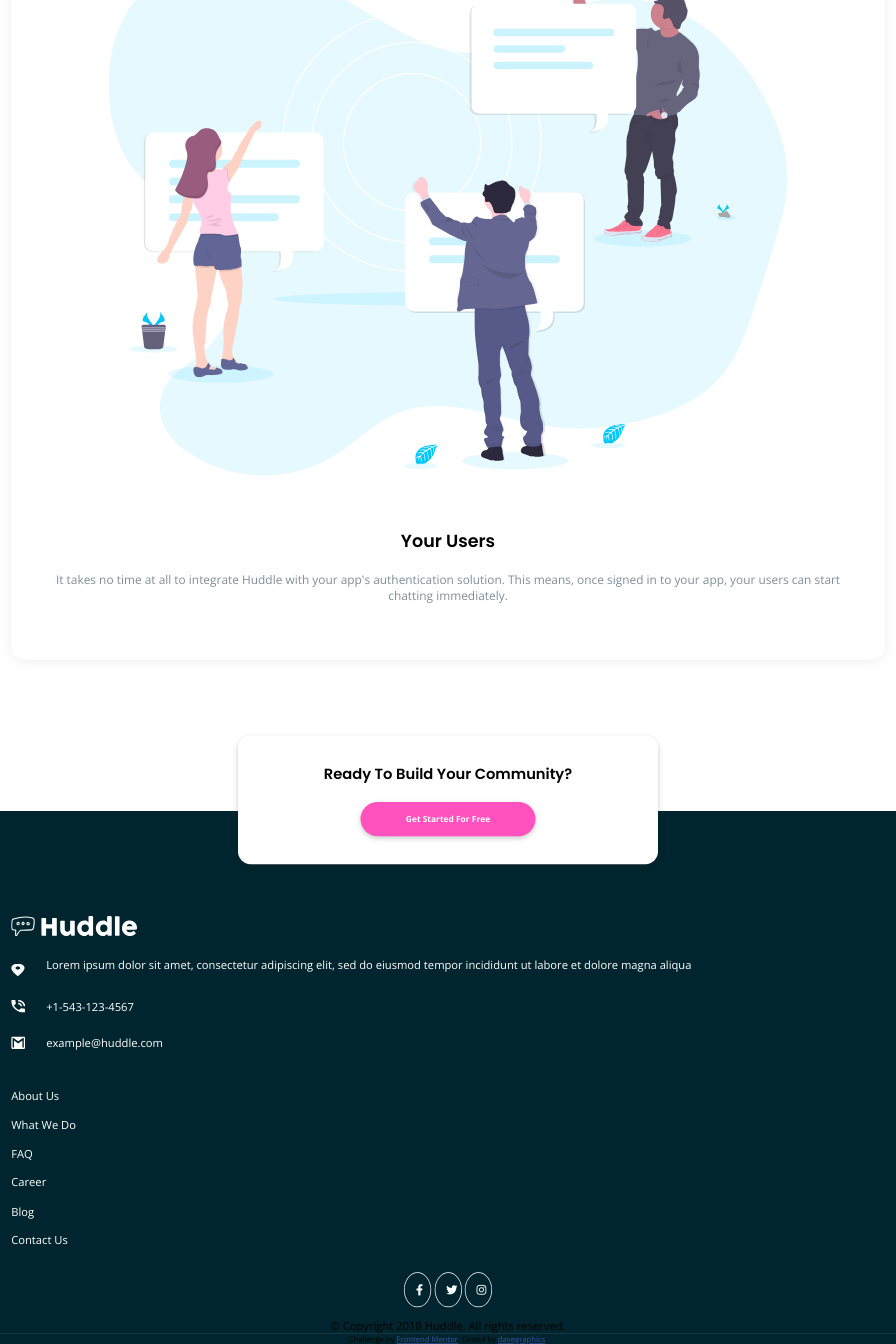
Repository: DejV44/Huddle-landing-page
Page: index.html
The author's editor kept a copy of each file at every save. The page is drawn from the files as they stood at one save, then again after the next save.
The browser window is 1280 px wide. The pictures show the part of the page from y = 3702 to 5622 px (the page is 5622 px tall before and 5611 px after), at 70% of full size.
The style sheet was rebuilt from its Sass, Less or Tailwind sources for each picture, by a compiler version that may differ from the author's.

Above is the page before, as saved 2021-08-20 12:57:47.

After the next save:
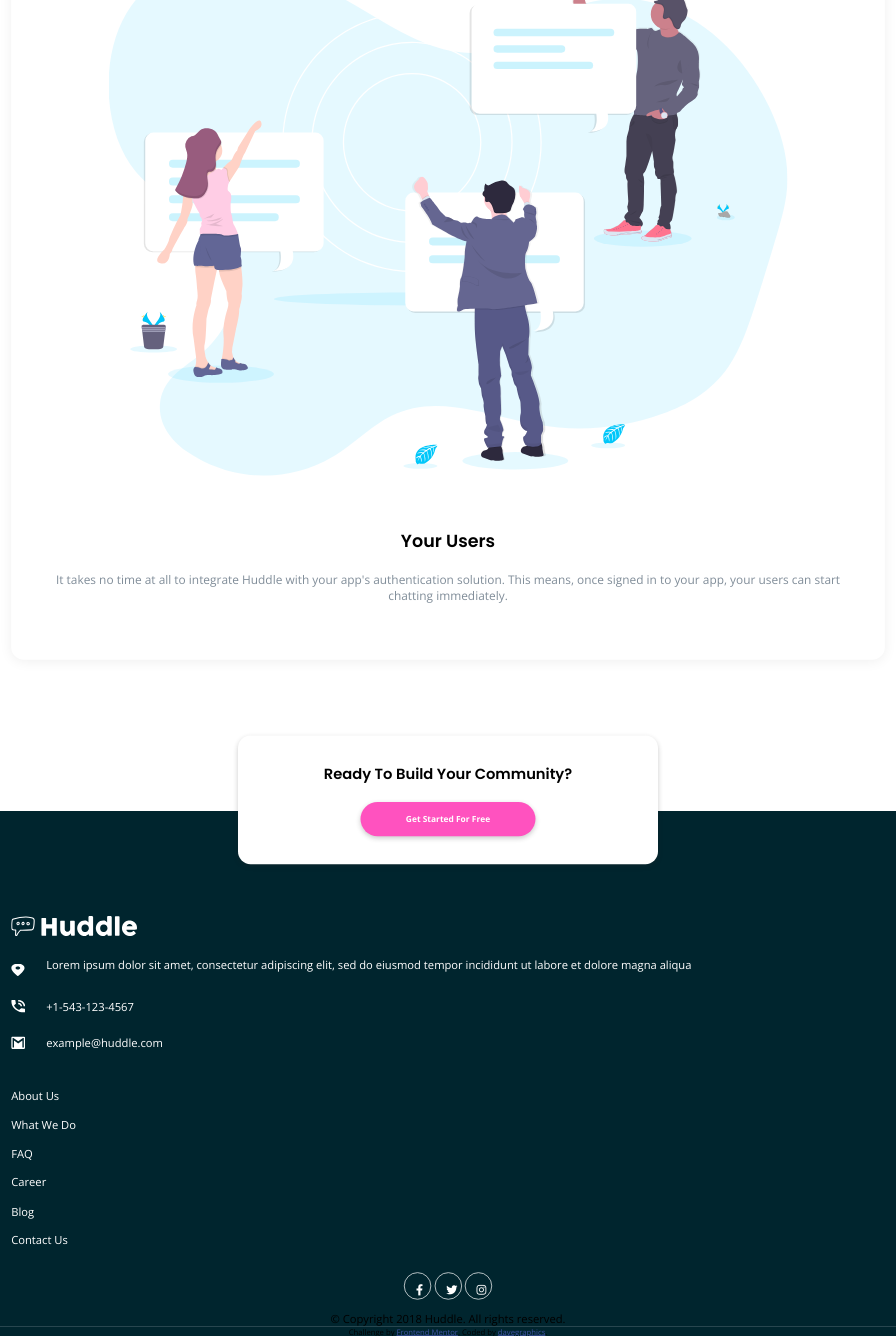
Saved 11 s later.
--- a/css/_footer.scss
+++ b/css/_footer.scss
@@ -51,6 +51,7 @@ footer {
             i {
                 padding: 1rem;
                 width: 5px;
+                height: 5px;
                 border: 1px solid white;
                 border-radius: 50%;
             }
